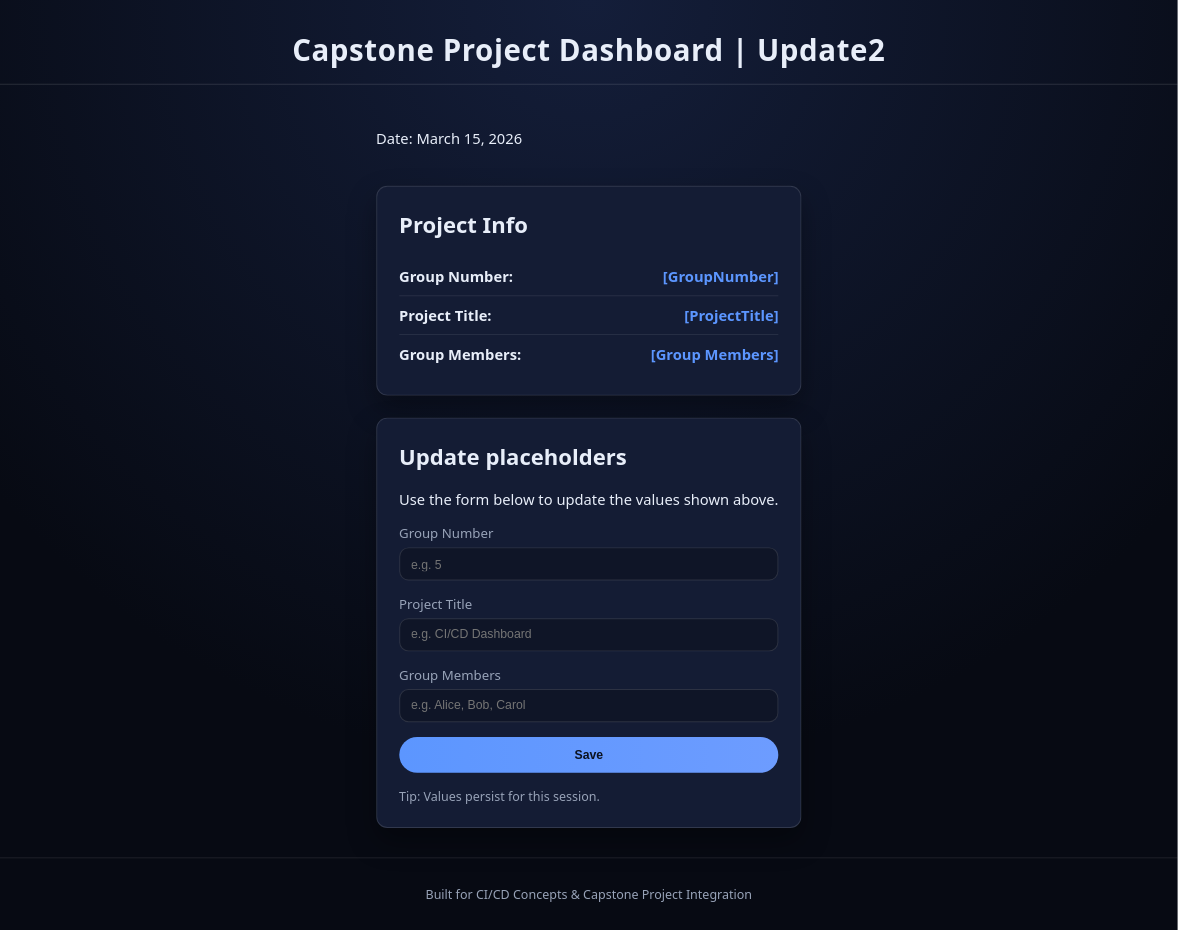
Repository: vatsalpatel3009/GroupNumber6_Cicd
Page: myapp/index.html
These files come from the project's save history. The page is drawn as it stood at one moment and after a run of saves; the edit follows.
The browser window is 1280 px wide. The pictures show the whole page, at 92% of full size.

Above is the page before, as saved 2026-03-17 15:17:49.

### myapp/index.html
<!DOCTYPE html>
<html lang="en">
<head>
  <meta charset="UTF-8" />
  <meta name="viewport" content="width=device-width, initial-scale=1.0" />
  <title>Capstone Project Home</title>
  <link rel="stylesheet" href="styles.css" />
</head>
<body>
  <header class="page-header">
    <h1>Capstone Project Dashboard | Update2</h1>
  </header>

  <main class="content">
      <p>Date: March 15, 2026</p>

    <section class="card">
      <h2>Project Info</h2>
      <div class="placeholder">
        <strong>Group Number:</strong>
        <span id="group-number">[GroupNumber]</span>
      </div>
      <div class="placeholder">
        <strong>Project Title:</strong>
        <span id="project-title">[ProjectTitle]</span>
      </div>
      <div class="placeholder">
        <strong>Group Members:</strong>
        <span id="group-members">[Group Members]</span>
      </div>
    </section>

    <section class="card">
      <h2>Update placeholders</h2>
      <p>Use the form below to update the values shown above.</p>

      <form id="project-form">
        <label>
          Group Number
          <input type="text" id="input-group-number" placeholder="e.g. 5" />
        </label>

        <label>
          Project Title
          <input type="text" id="input-project-title" placeholder="e.g. CI/CD Dashboard" />
        </label>

        <label>
          Group Members
          <input type="text" id="input-group-members" placeholder="e.g. Alice, Bob, Carol" />
        </label>

        <button type="submit">Save</button>
      </form>

      <p class="hint">Tip: Values persist for this session.</p>
    </section>
  </main>

  <footer class="page-footer">
    <p>Built for CI/CD Concepts & Capstone Project Integration</p>
  </footer>

  <script src="script.js"></script>
</body>
</html>

### myapp/styles.css
/* Simple layout for capstone project home page */
:root {
  --bg: #0b1220;
  --card: #141c34;
  --text: #e8eef9;
  --muted: #98a3b8;
  --accent: #5c96ff;
  --border: rgba(255, 255, 255, 0.12);
}

* {
  box-sizing: border-box;
}

body {
  margin: 0;
  font-family: system-ui, -apple-system, BlinkMacSystemFont, 'Segoe UI', Roboto, Ubuntu, sans-serif;
  background: radial-gradient(circle at top, #141e3a 0%, #070a13 70%);
  color: var(--text);
  min-height: 100vh;
  display: flex;
  flex-direction: column;
}

.page-header {
  padding: 2rem 1.5rem 1rem;
  text-align: center;
  border-bottom: 1px solid var(--border);
}

.page-header h1 {
  margin: 0;
  font-size: 2rem;
  letter-spacing: 0.02em;
}

.content {
  flex: 1;
  padding: 2rem 1.5rem;
  max-width: 900px;
  margin: 0 auto;
  display: grid;
  gap: 1.5rem;
}

.card {
  background: var(--card);
  border: 1px solid var(--border);
  border-radius: 12px;
  padding: 1.5rem;
  box-shadow: 0 14px 30px rgba(0, 0, 0, 0.35);
}

.card h2 {
  margin-top: 0;
}

.placeholder {
  display: flex;
  justify-content: space-between;
  padding: 0.6rem 0;
  border-bottom: 1px solid rgba(255, 255, 255, 0.08);
}

.placeholder:last-child {
  border-bottom: none;
}

.placeholder span {
  color: var(--accent);
  font-weight: 600;
}

form {
  display: grid;
  gap: 1rem;
}

label {
  display: grid;
  gap: 0.35rem;
  font-size: 0.9rem;
  color: var(--muted);
}

input {
  width: 100%;
  padding: 0.6rem 0.75rem;
  border-radius: 10px;
  border: 1px solid rgba(255, 255, 255, 0.12);
  background: rgba(0, 0, 0, 0.25);
  color: var(--text);
}

button {
  padding: 0.75rem 1.1rem;
  border: none;
  border-radius: 999px;
  background: linear-gradient(90deg, var(--accent), #6d9cff);
  color: #0b1220;
  font-weight: 700;
  cursor: pointer;
  transition: transform 0.15s ease, box-shadow 0.15s ease;
}

button:hover {
  transform: translateY(-1px);
  box-shadow: 0 12px 18px rgba(92, 150, 255, 0.35);
}

button:active {
  transform: translateY(0);
}

.hint {
  margin: 0;
  margin-top: 1rem;
  font-size: 0.85rem;
  color: var(--muted);
}

.page-footer {
  padding: 1rem 1.5rem;
  text-align: center;
  font-size: 0.85rem;
  color: var(--muted);
  border-top: 1px solid var(--border);
}

@media (max-width: 520px) {
  body {
    padding-bottom: 1rem;
  }

  .placeholder {
    flex-direction: column;
    gap: 0.35rem;
  }
}

### myapp/script.js
const groupNumberEl = document.getElementById('group-number');
const projectTitleEl = document.getElementById('project-title');
const groupMembersEl = document.getElementById('group-members');
const form = document.getElementById('project-form');

const STORAGE_KEY = 'capstoneProjectPlaceholders';

function loadFromStorage() {
  try {
    const stored = window.localStorage.getItem(STORAGE_KEY);
    if (!stored) return null;
    return JSON.parse(stored);
  } catch (error) {
    console.warn('Unable to load saved placeholders', error);
    return null;
  }
}

function saveToStorage(value) {
  try {
    window.localStorage.setItem(STORAGE_KEY, JSON.stringify(value));
  } catch (error) {
    console.warn('Unable to save placeholders', error);
  }
}

function applyValues({ groupNumber, projectTitle, groupMembers }) {
  groupNumberEl.textContent = groupNumber || '[GroupNumber]';
  projectTitleEl.textContent = projectTitle || '[ProjectTitle]';
  groupMembersEl.textContent = groupMembers || '[Group Members]';
}

function init() {
  const values = loadFromStorage();
  if (values) {
    applyValues(values);
    document.getElementById('input-group-number').value = values.groupNumber || '';
    document.getElementById('input-project-title').value = values.projectTitle || '';
    document.getElementById('input-group-members').value = values.groupMembers || '';
  }
}

form.addEventListener('submit', (event) => {
  event.preventDefault();

  const newValues = {
    groupNumber: document.getElementById('input-group-number').value.trim(),
    projectTitle: document.getElementById('input-project-title').value.trim(),
    groupMembers: document.getElementById('input-group-members').value.trim(),
  };

  applyValues(newValues);
  saveToStorage(newValues);
});

init();

After the next 2 saves:
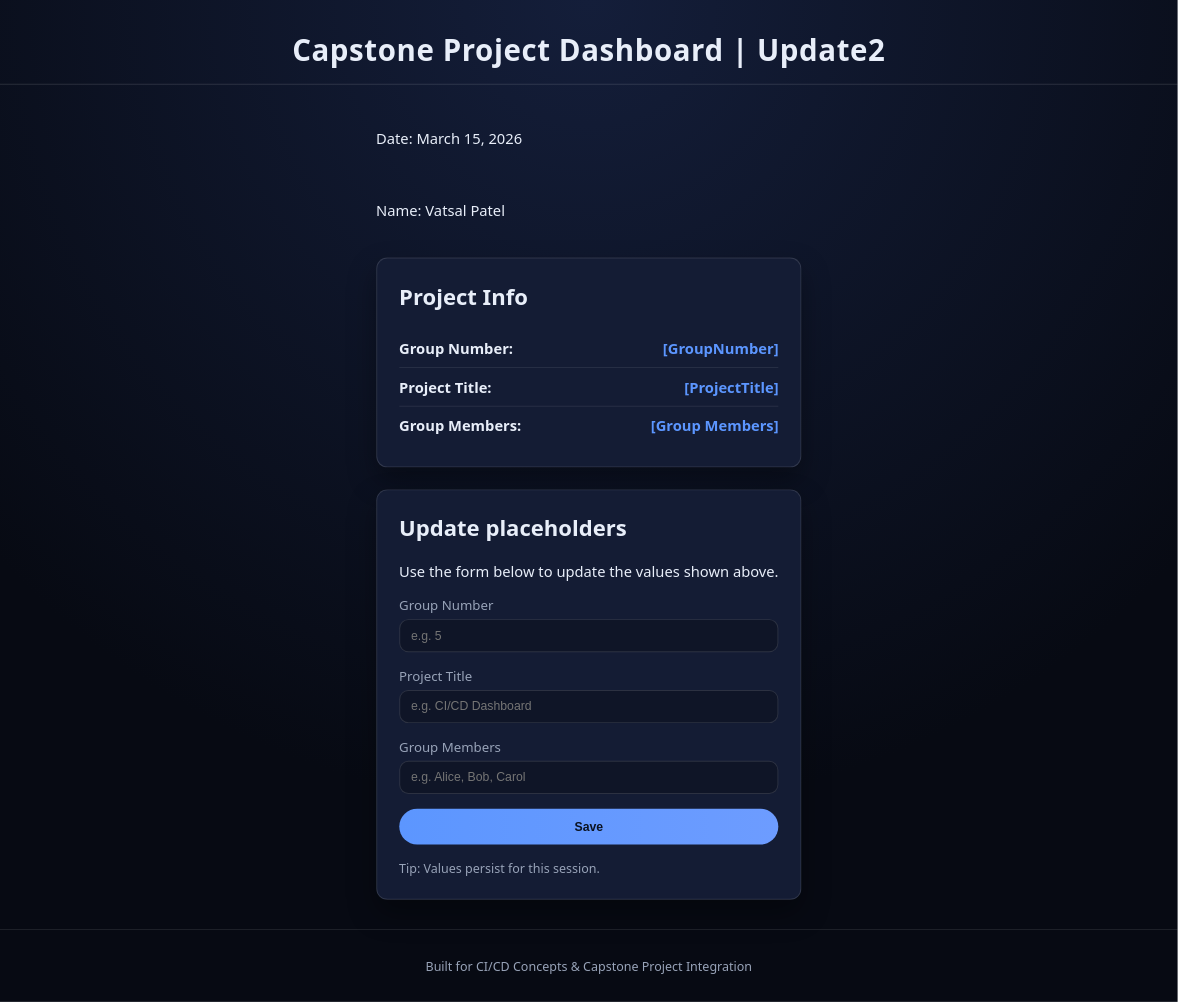
The 2 saves are shown as one change because they came seconds apart.
The last was saved 9 s later.
--- a/myapp/index.html
+++ b/myapp/index.html
@@ -13,6 +13,7 @@
 
   <main class="content">
       <p>Date: March 15, 2026</p>
+      <p>Name: Vatsal Patel</p>
 
     <section class="card">
       <h2>Project Info</h2>
